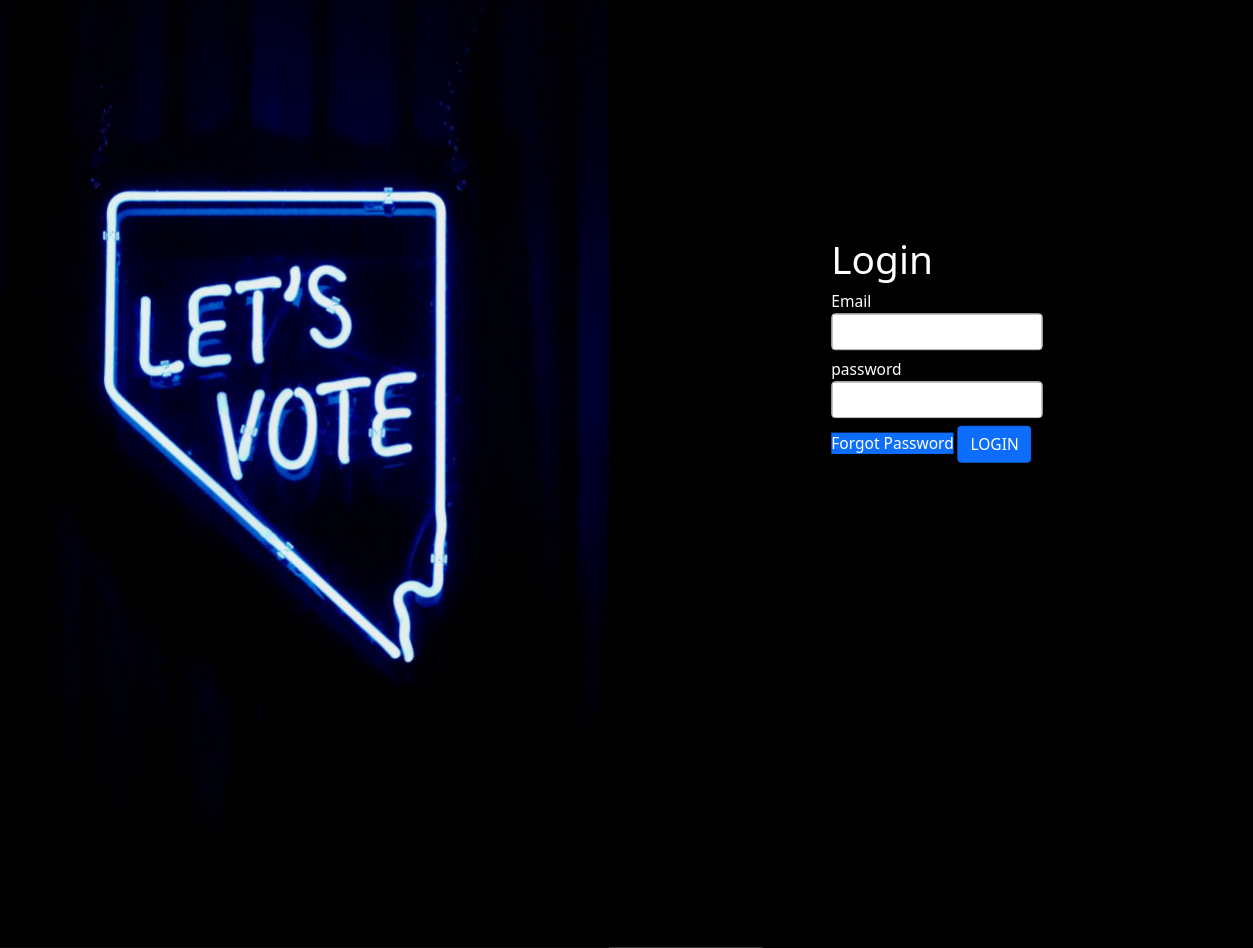
Repository: DavidManiIbrahim/Voting-app
Page: Login.html
An editor plug-in stored every save of this project. The page is shown before and after the next save, followed by the edit.
The browser window is 1280 px wide. The page is 1292 px wide, so the pictures cover 1292 px, including what lies to the right of the window. The pictures show the whole page, at 97% of full size.

Above is the page before, as saved 2025-01-18 07:08:58.

### Login.html
<!DOCTYPE html>
<html lang="en">
<head>
    <meta charset="UTF-8">
    <meta name="viewport" content="width=device-width, initial-scale=1.0">
    <title>Login Page</title>
    <link rel="stylesheet" href="./bootstrap.css">
</head>
<body>

<style>
    form{
        position: relative;
        top: 20%;
    }
    .hero{
        background: #000;
    }
</style>

<div class="row hero">
    <div class="col-md  container-fluid">
        <img src="./unsplash_LA1VawaCjjI.svg" alt="login image" class=" img-fluid" width="100%">
    </div>
    <div class="col-md text-white align-items-center">
        <form action="" class="w-50 p-5 m-auto ">
            <h1>Login</h1>
            <label for="email" class="form-label">Email  <br>
                <input class="form-control" type="text">
            </label> <br>
            <label class="form-label"" for="password">password  <br>
                <input class="form-control" type="password" class="form-text">
            </label> <br>
            <span class="bg-primary">Forgot Password</span>
            <button class="btn btn-primary">LOGIN</button>
        </form>
    </div>
</div>








<script src="./bootstrap.min.js"></script>
</body>
</html>

Loaded but not shown: bootstrap.css (library); bootstrap.min.js (library)

After the next save:
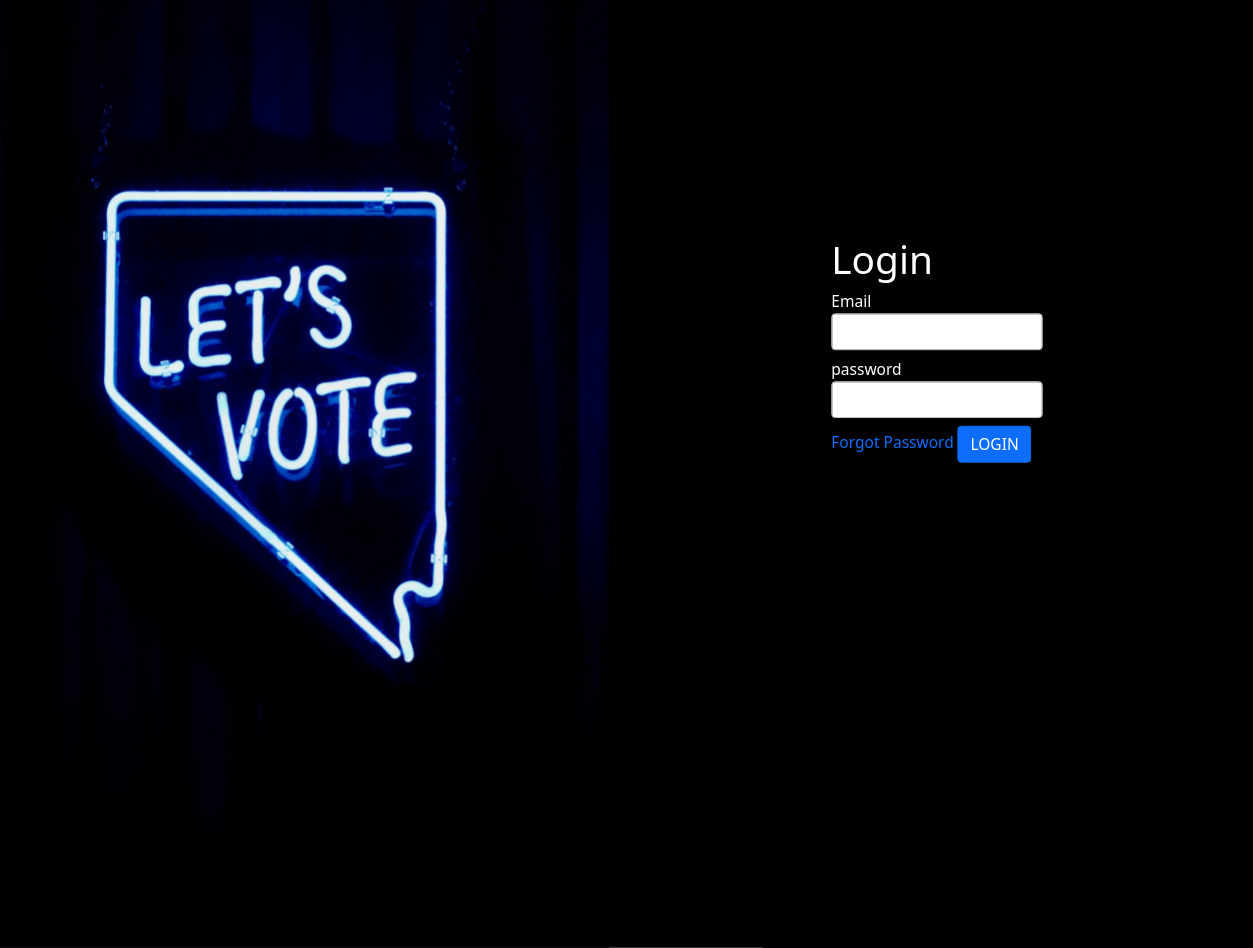
Saved 10 s later.
--- a/Login.html
+++ b/Login.html
@@ -31,7 +31,7 @@
             <label class="form-label"" for="password">password  <br>
                 <input class="form-control" type="password" class="form-text">
             </label> <br>
-            <span class="bg-primary">Forgot Password</span>
+            <span class="text-primary">Forgot Password</span>
             <button class="btn btn-primary">LOGIN</button>
         </form>
     </div>
